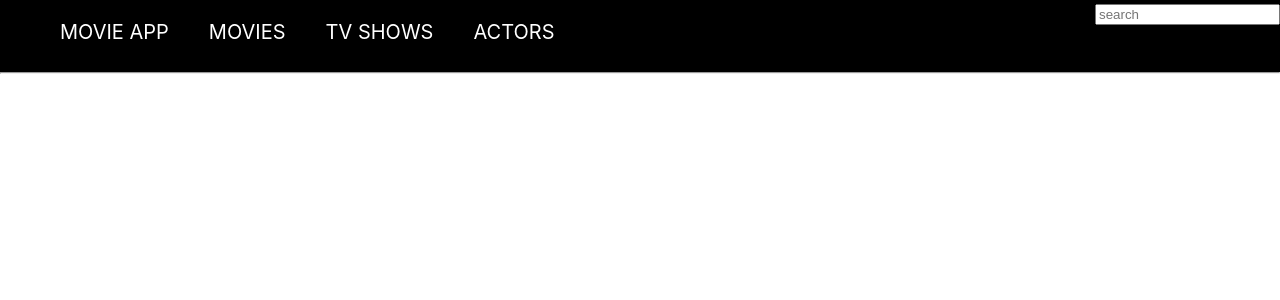
Repository: manahiang/MovieMana
Page: / (app in src/)
The author's editor kept a copy of each file at every save. The page is drawn from the files as they stood at one save, then again after the next save.
The browser window is 1280 px wide. The pictures show the whole page.
The project was rebuilt for these pictures with package versions that can differ from the ones it lists, and the page was loaded fresh each time. Also part of the build but not shown: src/src/App.css.

Above is the page before, as saved 2022-11-14 10:44:50.

### src/src/index.css
body {
  margin: 0;
  font-family: -apple-system, BlinkMacSystemFont, 'Segoe UI', 'Roboto', 'Oxygen',
    'Ubuntu', 'Cantarell', 'Fira Sans', 'Droid Sans', 'Helvetica Neue',
    sans-serif;
  -webkit-font-smoothing: antialiased;
  -moz-osx-font-smoothing: grayscale;
  color: white;
}
.header{
  width: 100%;
  height: 100%;
  background-color: black;;
}
.navbar{
  display: flex;
  justify-content: space-between;
  font-size: 20px;
  text-transform: uppercase;
}
.menu ul li{
  display: inline;
  align-items: center;
  justify-content: center;
  padding: 20px;
}
.seach{
  align-items: center;
  justify-content: center;
  display: flex;
}

### src/src/App.js
//import logo from './logo.svg';
import './App.css';
import  MoiveMana from'./movieMana'

function App() {
  return (
  <MoiveMana/>
  );
}

export default App;

### src/src/movieMana.js
import'./index.css'
function MoiveMana(){
    return(
        <div className="header">
            <div className="navbar">
                <div className="menu">
                    <ul>
                        <li>Movie App</li>
                        <li><a hreft="#">Movies</a></li>
                        <li><a hreft="#">TV shows</a></li>
                        <li><a hreft="#">Actors</a></li>
                    </ul>
                </div>
                <div className="search">
                    <input type="text" placeholder="search"/>
                </div>
            </div>
            <hr/>
        </div>
    )
}
export default MoiveMana;

Loaded but not shown: src/public/index.html (common file); src/src/index.js (common file); src/src/reportWebVitals.js (common file)

After the next save:
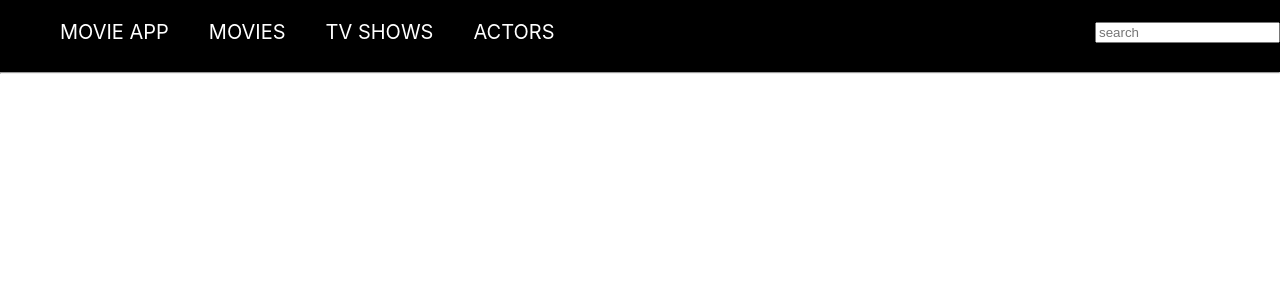
Saved 38 s later.
--- a/src/src/index.css
+++ b/src/src/index.css
@@ -24,7 +24,7 @@ body {
   justify-content: center;
   padding: 20px;
 }
-.seach{
+.search{
   align-items: center;
   justify-content: center;
   display: flex;
